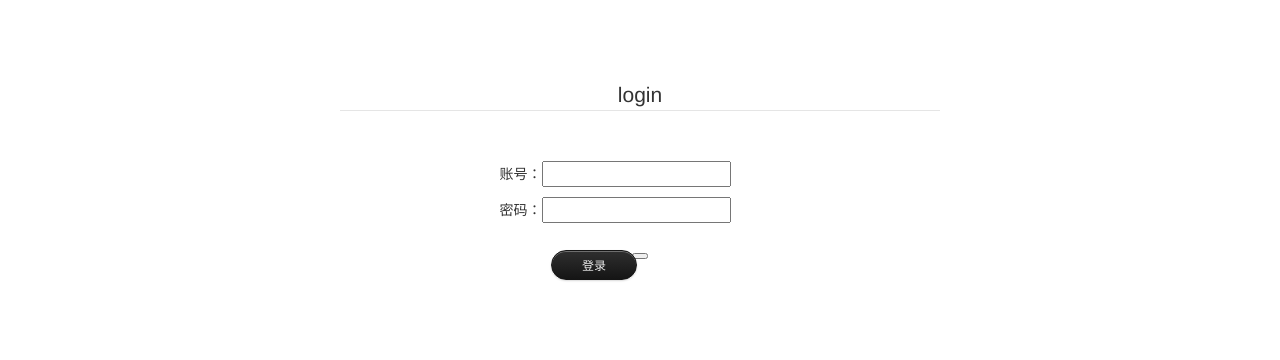
Repository: silzx/learning
Page: http://localhost/MyBatis/
The author's editor kept a copy of each file at every save. The page is drawn from the files as they stood at one save, then again after a run of saves.
The browser window is 1280 px wide. The pictures show the whole page.
The page is served by Tomcat 9. Other server files are loaded and not shown.

Above is the page before, as saved 2017-11-13 02:20:23.
Console error (its wording comes from the project's code and is left out).

### MyBatis/WebContent/index.jsp
<%@page import="java.net.URLDecoder"%>
<%@ page language="java" import="java.util.*" pageEncoding="UTF-8"%>
<%
String path = request.getContextPath();
String basePath = request.getScheme()+"://"+request.getServerName()+":"+request.getServerPort()+path+"/";
%>

<!DOCTYPE HTML PUBLIC "-//W3C//DTD HTML 4.01 Transitional//EN">
<html>
  <head>
    <base href="<%=basePath%>">
    <link rel="stylesheet" type="text/css" href="bootstrap-3.3.7-dist/css/bootstrap.min.css">
    <link rel="stylesheet" type="text/css" href="buttons/buttons.css">
    <title>My JSP 'index.jsp' starting page</title>
	<meta http-equiv="pragma" content="no-cache">
	<meta http-equiv="cache-control" content="no-cache">
	<meta http-equiv="expires" content="0">
	<meta http-equiv="keywords" content="keyword1,keyword2,keyword3">
	<meta http-equiv="description" content="This is my page">
	<!--
	<link rel="stylesheet" type="text/css" href="styles.css">
	-->
	<style type="text/css">
		button[name='login']{position: fixed;right: 643px;top: 250px}
		button[name='reg']{position: fixed;right: 643px;top: 290px}
		#reset{position: relative;right: 25px}
		#pad{position: relative;right: 25px;}
	</style>
  </head>
  <script type="text/javascript">
  function reset(){
		document.getElementById("error").style.visibility="hidden";
		$("input[name='name']").val("");
		$("input[name='pwd']").val("");
	}
  </script>
   	<%
   		String name="";
   		String pwd="";
   		Cookie[] cs=request.getCookies();
  		if(cs!=null){
  			for(Cookie c:cs){
  					if("nameC".equals(c.getName())){
  	  					name=c.getValue();
  	  					name=URLDecoder.decode(name, "utf-8");
  	  				}
  	  				if("pwdC".equals(c.getName())){
  	  					pwd=c.getValue();
  	  				}
  			}
  		}String errorinfo="";
  		if(session.getAttribute("error")!=null){%>
<!--   			errorinfo=(String)session.getAttribute("error"); -->
			<script type="text/javascript">
				function display(){
					document.getElementById("error").style.visibility="visible";
				}
				window.onload=display;
			</script>
  		<%}
   		%>
  <body>
  <script type="text/javascript" src="jquery1.8/jquery-1.8.0.min.js"></script>
  <script src="bootstrap-3.3.7-dist/js/bootstrap.min.js"></script>
		<center>
		<br><br><br><br>
		<fieldset style="width: 600px"><legend>login</legend>
				<form action="<%=basePath%>UserAction/userLogin.action" method="post">
				<span style="color: red; visibility: hidden;" id="error" >账号或者密码错误</span><p>
				<div id="reset">
					账号：<input type="text" name="u.name" value="<%=name %>">
				</div>
				<p/>
				<div id="pad">密码：<input type="password" name="u.pwd"><p><br/></div>
				<button class="button button-raised button-pill button-inverse button-small" name="login" type="submit">登录</button>
				<button value="123123"></button>
				</form>
		</fieldset>
	</center>
	<%
  		session.removeAttribute("error");
  	%>
  </body>
</html>

Loaded but not shown: MyBatis/WebContent/bootstrap-3.3.7-dist/css/bootstrap.min.css (library); MyBatis/WebContent/jquery1.8/jquery-1.8.0.min.js (library); MyBatis/WebContent/bootstrap-3.3.7-dist/js/bootstrap.min.js (library); MyBatis/WebContent/buttons/buttons.css (1492 lines, source omitted)

After the next 2 saves:
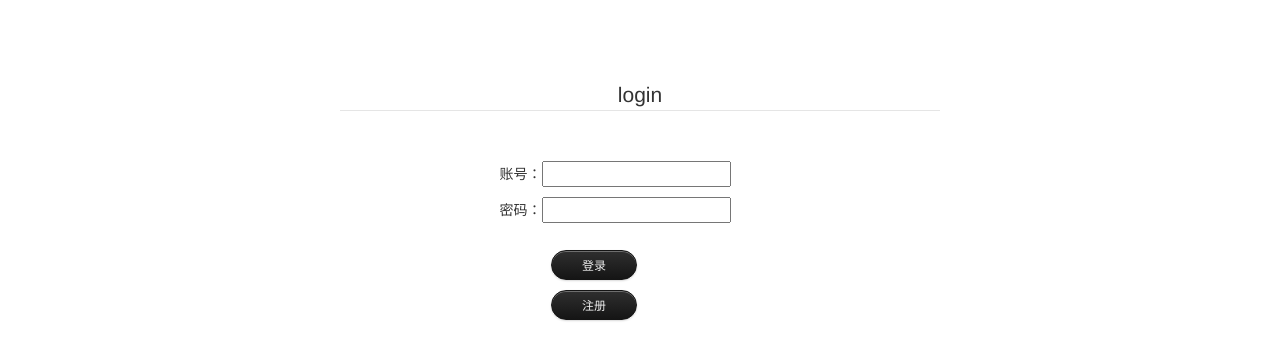
The 2 saves are shown as one change because they came seconds apart.
The last was saved 26 s later.
--- a/MyBatis/WebContent/index.jsp
+++ b/MyBatis/WebContent/index.jsp
@@ -73,7 +73,7 @@ String basePath = request.getScheme()+"://"+request.getServerName()+":"+request.
 				<p/>
 				<div id="pad">密码：<input type="password" name="u.pwd"><p><br/></div>
 				<button class="button button-raised button-pill button-inverse button-small" name="login" type="submit">登录</button>
-				<button value="123123"></button>
+				<button class="button button-raised button-pill button-inverse button-small" name="reg" onclick="window.location.href='reg.jsp'">注册</button>
 				</form>
 		</fieldset>
 	</center>
